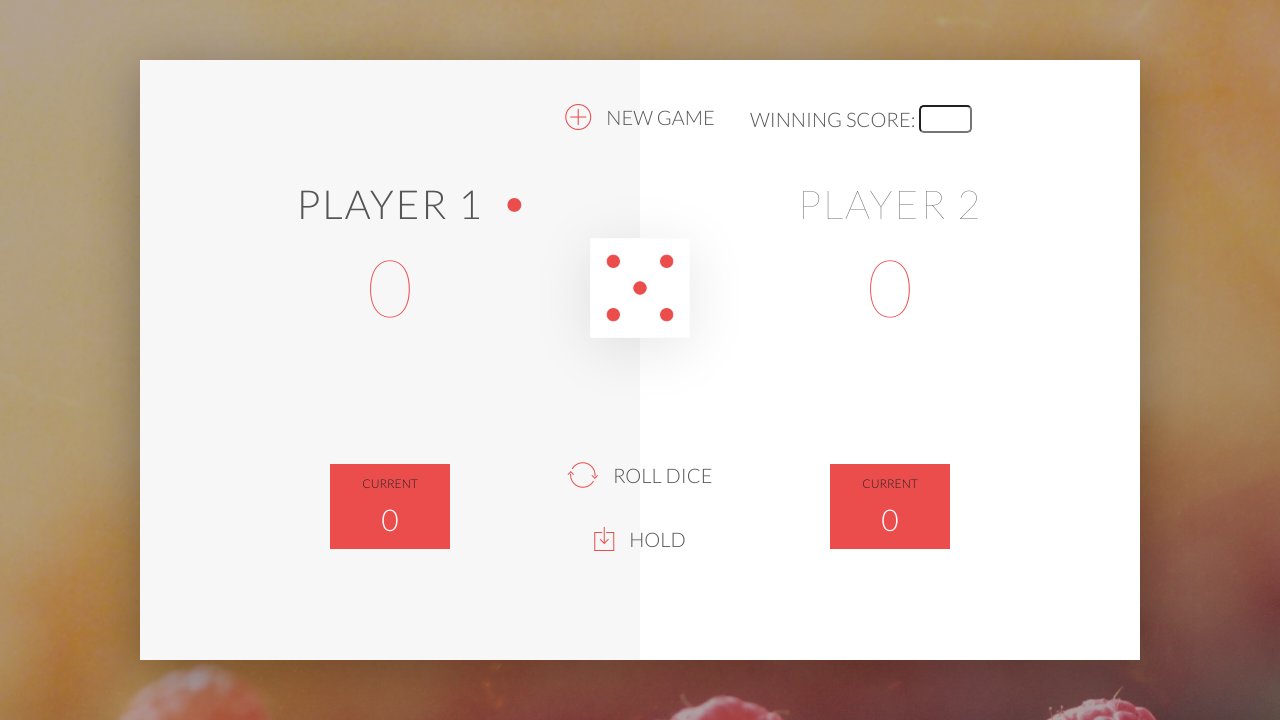
Repository: hexanek/hexanek.github.io
Page: pig-game/index.html
These files come from the project's save history. The page is drawn as it stood at one moment and after the next save; the edit follows.
The browser window is 1280 px wide. The pictures show the whole page.

Above is the page before, as saved 2019-12-19 23:21:37.

### pig-game/index.html
<!DOCTYPE html>
<html lang="en">
    <head>
        <meta charset="UTF-8">
        <link href="https://fonts.googleapis.com/css?family=Lato:100,300,600" rel="stylesheet" type="text/css">
        <link href="http://code.ionicframework.com/ionicons/2.0.1/css/ionicons.min.css" rel="stylesheet" type="text/css">
        <link type="text/css" rel="stylesheet" href="style.css">

        <title>Pig Game</title>
    </head>

    <body>
        <div class="wrapper clearfix">
            <div class="player-0-panel active">
                <div class="player-name" id="name-0">Player 1</div>
                <div class="player-score" id="score-0">43</div>
                <div class="player-current-box">
                    <div class="player-current-label">Current</div>
                    <div class="player-current-score" id="current-0">11</div>
                </div>
            </div>

            <div class="player-1-panel">
                <div class="player-name" id="name-1">Player 2</div>
                <div class="player-score" id="score-1">72</div>
                <div class="player-current-box">
                    <div class="player-current-label">Current</div>
                    <div class="player-current-score" id="current-1">0</div>
                </div>
            </div>

            <button class="btn-new"><i class="ion-ios-plus-outline"></i>New game</button>
            <button class="btn-roll"><i class="ion-ios-loop"></i>Roll dice</button>
            <button class="btn-hold"><i class="ion-ios-download-outline"></i>Hold</button>
            <!-- <button class="btn-save" form="formScore"><i class="ion-archive"></i>Save</button> -->
            <form action="#" class="form-score" id="formScore">
            Winning score: <input class="input-score" type="number" name="WinningScore" id="winScore">
            </form>
            <img src="dice-5.png" alt="Dice" class="dice">
            <img src="dice-5.png" alt="Dice2" class="dice" id="dice2">

        </div>

        <script src="app.js"></script>
    </body>
</html>

### pig-game/style.css
/**********************************************
*** GENERAL
**********************************************/

* {
    margin: 0;
    padding: 0;
    box-sizing: border-box;

}

.clearfix::after {
    content: "";
    display: table;
    clear: both;
}

body {
    background-image: linear-gradient(rgba(62, 20, 20, 0.4), rgba(62, 20, 20, 0.4)), url(back.jpg);
    background-size: cover;
    background-position: center;
    font-family: Lato;
    font-weight: 300;
    position: relative;
    height: 100vh;
    color: #555;
}

.wrapper {
    width: 1000px;
    position: absolute;
    top: 50%;
    left: 50%;
    transform: translate(-50%, -50%);
    background-color: #fff;
    box-shadow: 0px 10px 50px rgba(0, 0, 0, 0.3);
    overflow: hidden;
}

.player-0-panel,
.player-1-panel {
    width: 50%;
    float: left;
    height: 600px;
    padding: 100px;
}



/**********************************************
*** PLAYERS
**********************************************/

.player-name {
    font-size: 40px;
    text-align: center;
    text-transform: uppercase;
    letter-spacing: 2px;
    font-weight: 100;
    margin-top: 20px;
    margin-bottom: 10px;
    position: relative;
}

.player-score {
    text-align: center;
    font-size: 80px;
    font-weight: 100;
    color: #EB4D4D;
    margin-bottom: 130px;
}

.active { background-color: #f7f7f7; }
.active .player-name { font-weight: 300; }

.active .player-name::after {
    content: "\2022";
    font-size: 47px;
    position: absolute;
    color: #EB4D4D;
    top: -7px;
    right: 10px;

}

.player-current-box {
    background-color: #EB4D4D;
    color: #fff;
    width: 40%;
    margin: 0 auto;
    padding: 12px;
    text-align: center;
}

.player-current-label {
    text-transform: uppercase;
    margin-bottom: 10px;
    font-size: 12px;
    color: #222;
}

.player-current-score {
    font-size: 30px;
}

button {
    position: absolute;
    width: 200px;
    left: 50%;
    transform: translateX(-50%);
    color: #555;
    background: none;
    border: none;
    font-family: Lato;
    font-size: 20px;
    text-transform: uppercase;
    cursor: pointer;
    font-weight: 300;
    transition: background-color 0.3s, color 0.3s;
}


button:hover { font-weight: 600; }
button:hover i { margin-right: 20px; }

button:focus {
    outline: none;
}

i {
    color: #EB4D4D;
    display: inline-block;
    margin-right: 15px;
    font-size: 32px;
    line-height: 1;
    vertical-align: text-top;
    margin-top: -4px;
    transition: margin 0.3s;
}

.btn-new { top: 45px;}
.btn-roll { top: 403px;}
.btn-hold { top: 467px;}
.btn-save {
    left: 90%;
    top: 45px;
}
/* .input-score {
     top: 83px;
     position: absolute;
    width: 53px;
    left: 50%;
    transform: translateX(-50%);
    color: #555;
    background: none;
    border-radius: 5px;
    font-family: Lato;
    font-size: 20px;
    text-transform: uppercase;
    cursor: default;
    font-weight: 300;
    transition: background-color 0.3s, color 0.3s;
    } */
.input:focus{
    border: 3px solid #555;
}
.form-score{
    top: 45px;
     position: absolute;
    width: 240px;
    left: 73%;
    transform: translateX(-50%);
    color: #555;
    background: none;
    border-radius: 5px;
    font-family: Lato;
    font-size: 20px;
    text-transform: uppercase;
    cursor: default;
    font-weight: 300;
    transition: background-color 0.3s, color 0.3s;
}
.form-score input {
    text-align: center;
    width: 53px;
    color: #555;
    background: none;
    border-radius: 5px;
    font-family: Lato;
    font-size: 20px;
    text-transform: uppercase;
    cursor: default;
    font-weight: 300;
    transition: background-color 0.3s, color 0.3s;
}

.dice {
    position: absolute;
    left: 50%;
    top: 178px;
    transform: translateX(-50%);
    height: 100px;
    box-shadow: 0px 10px 60px rgba(0, 0, 0, 0.10);
}
.dice2 {
    position: absolute;
    left: 30%;
    top: 178px;
    transform: translateX(-50%);
    height: 100px;
    box-shadow: 0px 10px 60px rgba(0, 0, 0, 0.10);
}

.winner { background-color: #f7f7f7; }
.winner .player-name { font-weight: 300; color: #EB4D4D; }

### pig-game/app.js

var scores, roundScore, activePlayer, gamePlaying, doubleSix, winScore;
    init();



document.querySelector('.btn-roll').addEventListener('click', function(){
    if(gamePlaying){
    var dice = Math.floor(Math.random() * 6) + 1;


    var diceDom = document.querySelector('.dice');
    diceDom.style.display = 'block';
    diceDom.src = 'dice-' + dice + '.png';

    if (dice !== 1 && doubleSix !== dice) {

        doubleSix = dice;
        roundScore += dice;
        document.querySelector('#current-' + activePlayer).textContent = roundScore;

    } else {

        nextPlayer();
        doubleSix = 0;

    }


}


});




document.querySelector('.btn-hold').addEventListener('click', function(){
    if(gamePlaying){
    scores[activePlayer] += roundScore;
    document.querySelector('#score-' + activePlayer).textContent = scores[activePlayer];
    doubleSix = 0;


    if (scores[activePlayer] >= winScore) {
        document.getElementById('name-' + activePlayer).textContent = 'Winner!';
        document.querySelector('.player-'+activePlayer+ '-panel').classList.add('winner');
        document.querySelector('.player-'+activePlayer+ '-panel').classList.remove('active');
        document.querySelector('.dice').style.display = 'none';
        gamePlaying = false;


    } else {
        nextPlayer();

    }
}
});

document.querySelector('.btn-new').addEventListener('click',  init);


function nextPlayer(){
    activePlayer === 0 ? activePlayer = 1 : activePlayer = 0;
        roundScore = 0;
        document.getElementById('current-0').textContent = '0';
        document.getElementById('current-1').textContent = '0';

        document.querySelector('.player-0-panel').classList.toggle('active');
        document.querySelector('.player-1-panel').classList.toggle('active');

        document.querySelector('.dice').style.display = 'none';
}

function init(){
    scores = [0,0];
    roundScore = 0;
    activePlayer = 0;
    gamePlaying = true;

    document.querySelector('.dice').style.display = 'none';

    //document.querySelector('#current-'+ activePlayer).textContent = dice;
    document.getElementById('score-0').textContent = '0';
    document.getElementById('score-1').textContent = '0';
    document.getElementById('current-0').textContent = '0';
    document.getElementById('current-1').textContent = '0';
    document.getElementById('name-0').textContent = 'Player 1';
    document.getElementById('name-1').textContent = 'Player 2';
    document.querySelector('.player-0-panel').classList.remove('winner');
    document.querySelector('.player-1-panel').classList.remove('winner');
    document.querySelector('.player-0-panel').classList.remove('active');
    document.querySelector('.player-1-panel').classList.remove('active');
    document.querySelector('.player-0-panel').classList.add('active');
    winScore = document.getElementById('winScore').value;


}

After the next save:
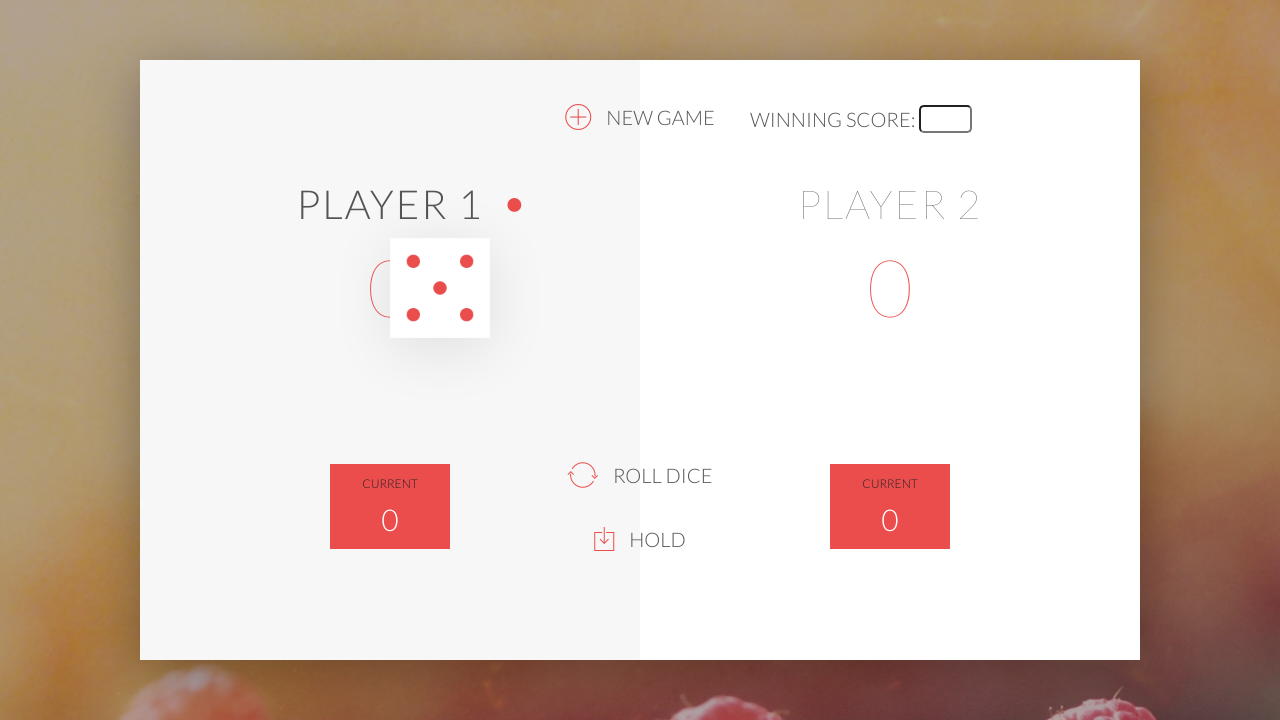
Saved 3 s later.
--- a/pig-game/index.html
+++ b/pig-game/index.html
@@ -37,7 +37,7 @@
             Winning score: <input class="input-score" type="number" name="WinningScore" id="winScore">
             </form>
             <img src="dice-5.png" alt="Dice" class="dice">
-            <img src="dice-5.png" alt="Dice2" class="dice" id="dice2">
+            <img src="dice-5.png" alt="Dice2" class="dice2" id="dice2">
 
         </div>
 
